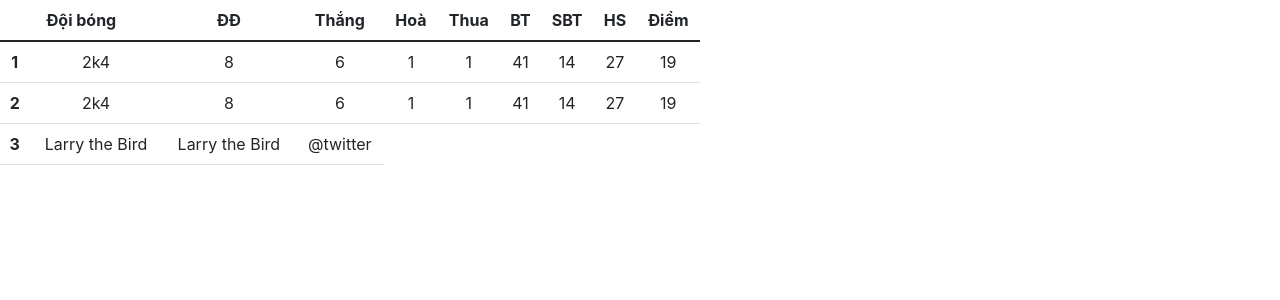
Repository: tuan842001/thulam
Page: /
An editor plug-in stored every save of this project. The page is shown before and after the next save, followed by the edit.
The browser window is 1280 px wide. The pictures show the whole page.
The project was rebuilt for these pictures with package versions that can differ from the ones it lists, and the page was loaded fresh each time.

Above is the page before, as saved 2022-01-11 14:44:43.

### public/index.html
<!DOCTYPE html>
<html lang="en">
  <head>
    <meta charset="utf-8" />
    <link rel="icon" href="%PUBLIC_URL%/favicon.ico" />
    <meta name="viewport" content="width=device-width, initial-scale=1" />
    <meta name="theme-color" content="#000000" />
    <meta
      name="description"
      content="Web site created using create-react-app"
    />

    <link href="https://cdn.jsdelivr.net/npm/bootstrap@5.1.3/dist/css/bootstrap.min.css" rel="stylesheet" integrity="sha384-1BmE4kWBq78iYhFldvKuhfTAU6auU8tT94WrHftjDbrCEXSU1oBoqyl2QvZ6jIW3" crossorigin="anonymous">
<script src="https://cdn.jsdelivr.net/npm/bootstrap@5.1.3/dist/js/bootstrap.bundle.min.js" integrity="sha384-ka7Sk0Gln4gmtz2MlQnikT1wXgYsOg+OMhuP+IlRH9sENBO0LRn5q+8nbTov4+1p" crossorigin="anonymous"></script>
    <title>React App</title>
  </head>
  <body>
    <noscript>You need to enable JavaScript to run this app.</noscript>
    <div id="root"></div>

  </body>
</html>

### src/App.js
import "./App.css";

function App() {
  return (
    <div className="App">
      <table class="table" style={{ width: "700px" }}>
        <thead>
          <tr>
            <th scope="col" colspan="2">
              Đội bóng
            </th>
            <th scope="col">ĐĐ</th>
            <th scope="col">Thắng</th>
            <th scope="col">Hoà</th>
            <th scope="col">Thua</th>
            <th scope="col">BT</th>
            <th scope="col">SBT</th>
            <th scope="col">HS</th>
            <th scope="col">Điểm</th>
          </tr>
        </thead>
        <tbody>
          <tr>
            <th scope="row">1</th>
            <td>2k4</td>
            <td>8</td>
            <td>6</td>
            <td>1</td>
            <td>1</td>
            <td>41</td>
            <td>14</td>
            <td>27</td>
            <td>19</td>
          </tr>
          <tr>
            <th scope="row">2</th>
            <td>2k4</td>
            <td>8</td>
            <td>6</td>
            <td>1</td>
            <td>1</td>
            <td>41</td>
            <td>14</td>
            <td>27</td>
            <td>19</td>
          </tr>
          <tr>
            <th scope="row">3</th>
            <td>Larry the Bird</td>
            <td>Larry the Bird</td>
            <td>@twitter</td>
          </tr>
        </tbody>
      </table>
    </div>
  );
}

export default App;

Loaded but not shown: src/index.js (common file); src/index.css (common file); src/App.css (common file)

After the next save:
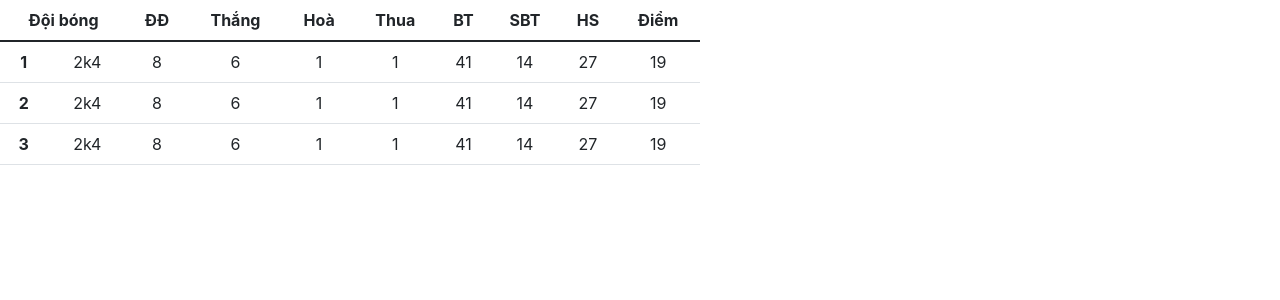
Saved 7 s later.
--- a/src/App.js
+++ b/src/App.js
@@ -46,9 +46,15 @@ function App() {
           </tr>
           <tr>
             <th scope="row">3</th>
-            <td>Larry the Bird</td>
-            <td>Larry the Bird</td>
-            <td>@twitter</td>
+            <td>2k4</td>
+            <td>8</td>
+            <td>6</td>
+            <td>1</td>
+            <td>1</td>
+            <td>41</td>
+            <td>14</td>
+            <td>27</td>
+            <td>19</td>
           </tr>
         </tbody>
       </table>
